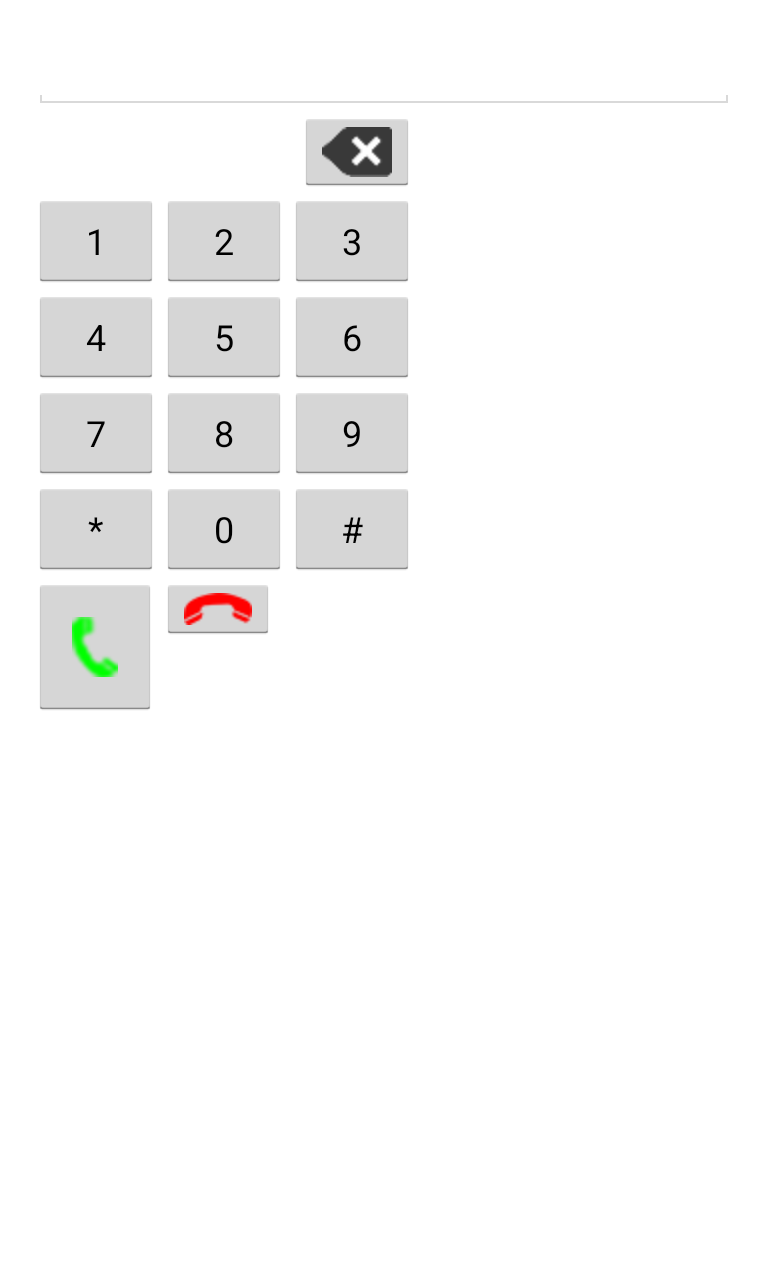
Repository: andreeastoican/Laborator03
Layout: PhoneDialer/res/layout/activity_phone_dialer.xml
An editor plug-in stored every save of this project. The layout is shown before and after the next save, followed by the edit.
It is drawn on a 768 x 1280 px phone screen (xhdpi) without system bars, with theme AppTheme; the app's code is not run.

Above is the layout before, as saved 2015-03-10 10:05:28.

After the next save:
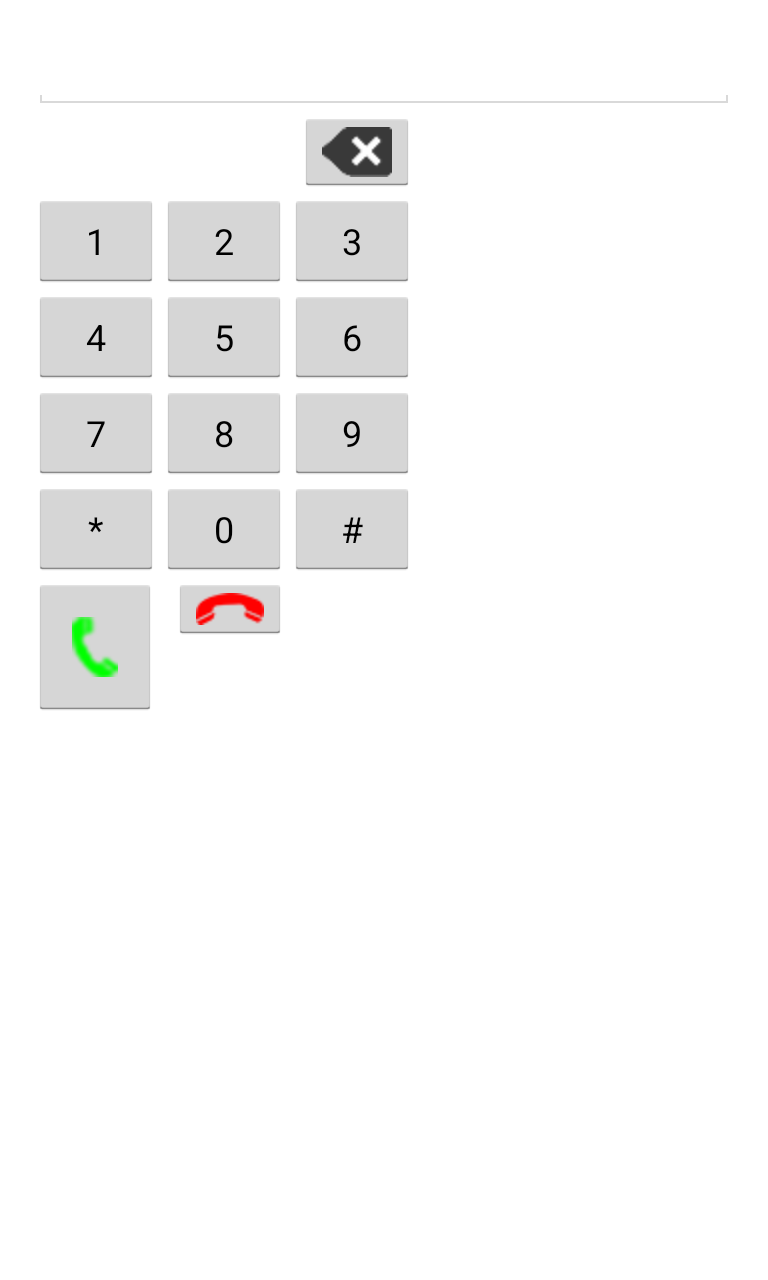
Saved 5 s later.
--- a/PhoneDialer/res/layout/activity_phone_dialer.xml
+++ b/PhoneDialer/res/layout/activity_phone_dialer.xml
@@ -127,7 +127,7 @@
 	        android:text="#"
 	        android:layout_toRightOf="@id/img_on"
 	        android:src="@drawable/hangup"
-	        androidȘlayout_gravity="right"
+	        android:layout_gravity="right"
 		    />
     </GridLayout>
     "
